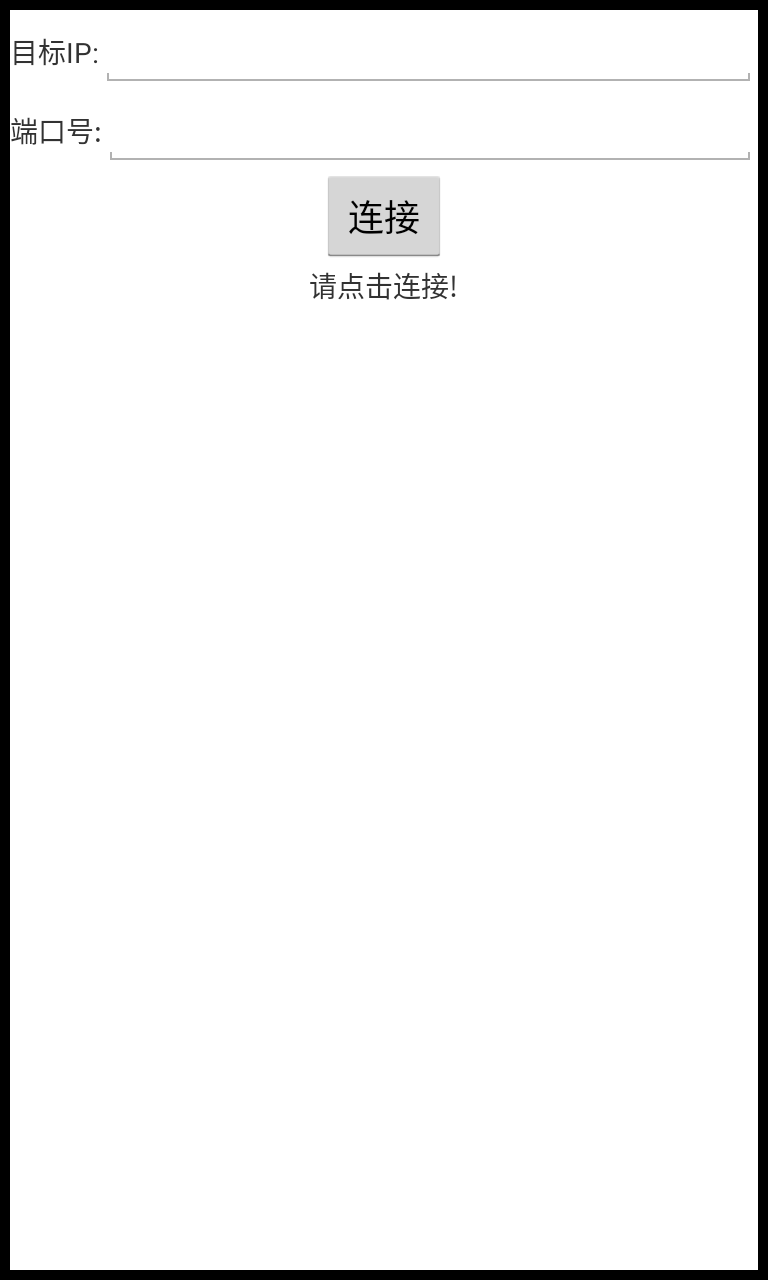
Repository: Ollyder/eclipse_work
Layout: WIFI_PM2.5(UI)/res/layout/activity_main.xml
These files come from the project's save history. The layout is drawn as it stood at one moment and after the next save; the edit follows.
It is drawn on a 768 x 1280 px phone screen (xhdpi) without system bars, with theme AppTheme; the app's code is not run.

Above is the layout before, as saved 2017-05-27 03:44:57.

After the next save:
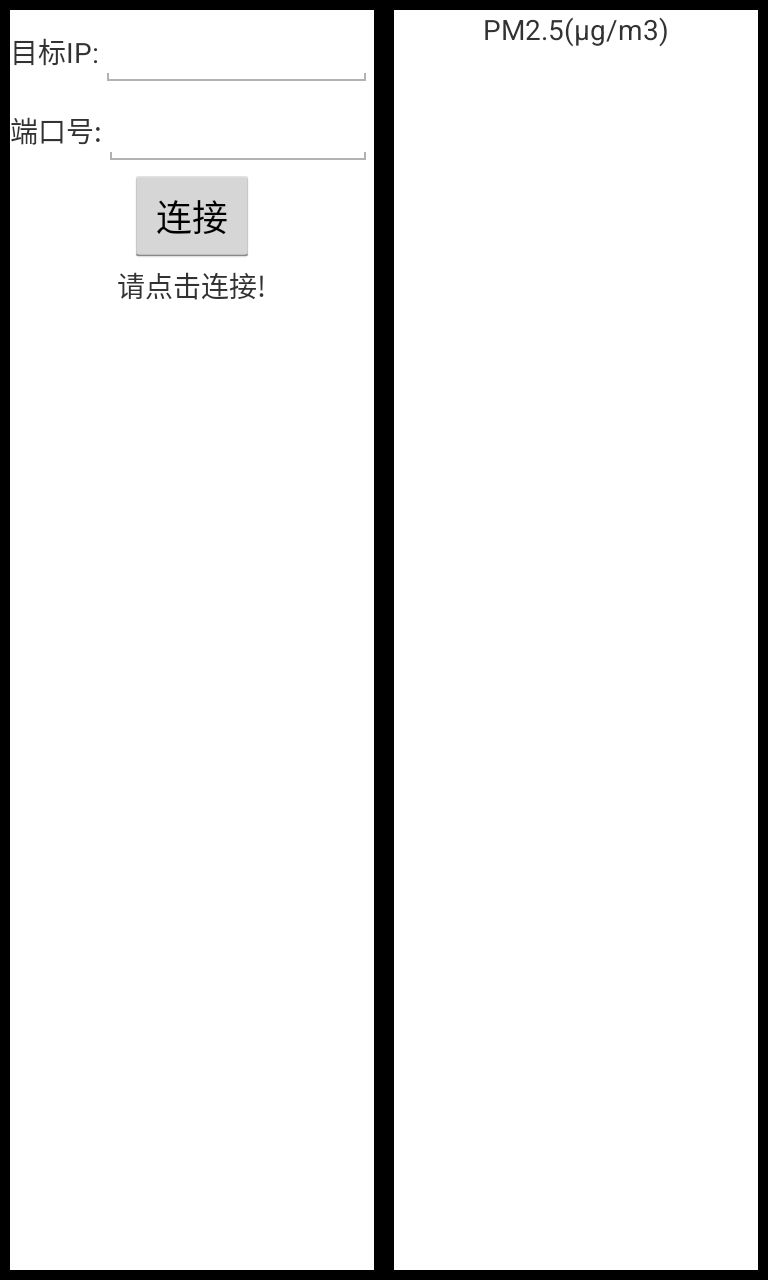
Saved 3 min 28 s later.
--- a/WIFI_PM2.5(UI)/res/layout/activity_main.xml
+++ b/WIFI_PM2.5(UI)/res/layout/activity_main.xml
@@ -2,8 +2,7 @@
     android:layout_width="match_parent"
     android:layout_height="match_parent"
     android:orientation="horizontal"
-    android:background="#000000"
-   >
+    android:background="#000000">
 
     <LinearLayout
         android:layout_width="0sp"
@@ -68,5 +67,28 @@
     </LinearLayout>
 
 
+    <LinearLayout
+        android:layout_width="0sp"
+        android:layout_height="match_parent"
+        android:layout_weight="1"
+        android:background="#ffffff"
+        android:orientation="vertical"
+        android:layout_margin="5sp">
+
+        <TextView
+            android:layout_width="wrap_content"
+            android:layout_height="wrap_content"
+            android:layout_gravity="center"
+            android:text="PM2.5(μg/m3)"/>
+        <TextView
+            android:layout_width="0sp"
+            android:layout_height="match_content"
+            android:layout_weight="1"
+            android:text="1"/>
+
+
+	</LinearLayout>
+
+
 
 </LinearLayout>
